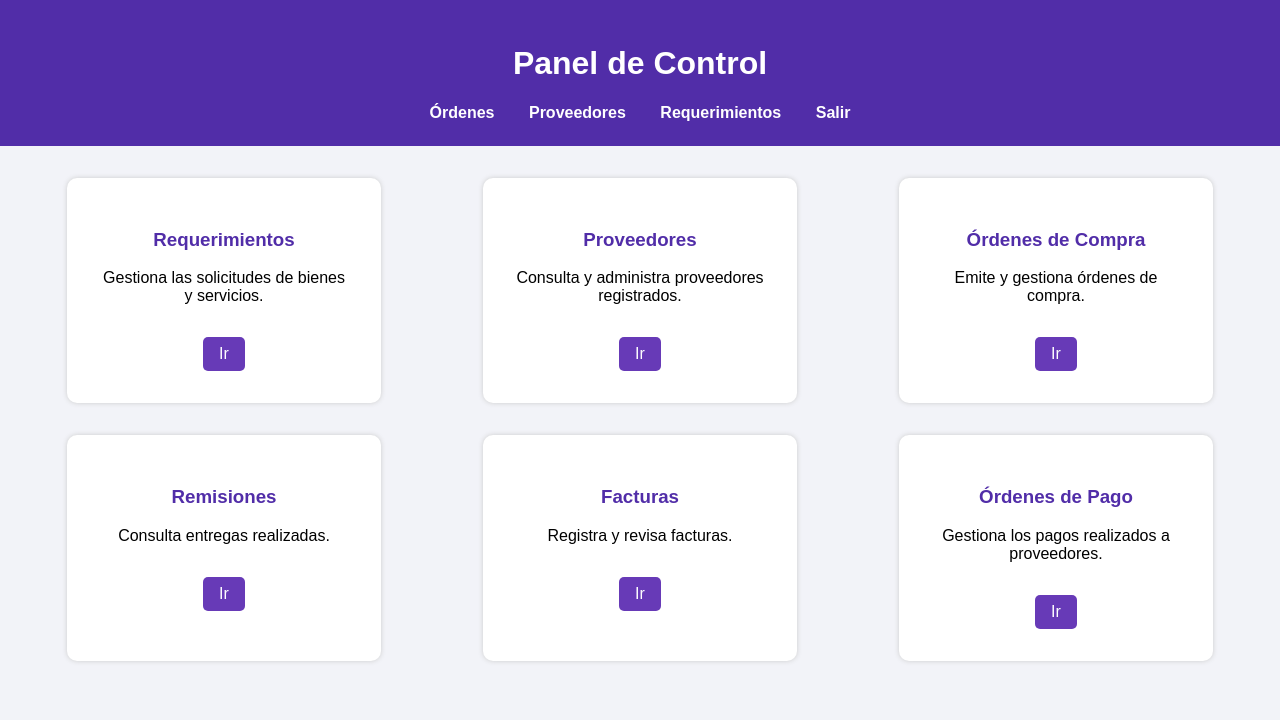
Repository: djkeviin/Mi-primera-chamba
Page: views/dashboard.html
The author's editor kept a copy of each file at every save. The page is drawn from the files as they stood at one save, then again after the next save.
The browser window is 1280 px wide. The pictures show the whole page.

Above is the page before, as saved 2025-05-01 21:57:07.

After the next save:
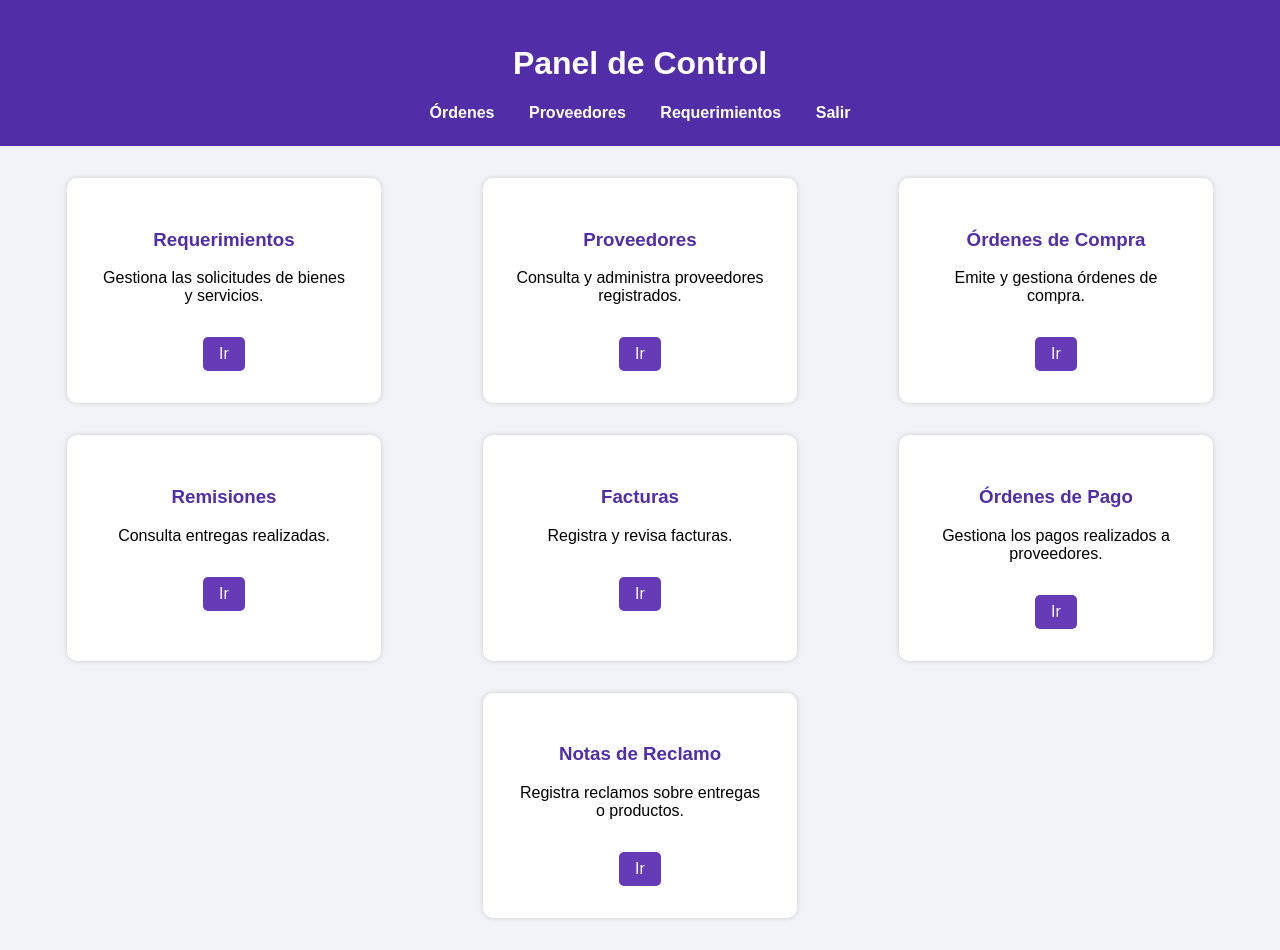
Saved 3 min 16 s later.
--- a/views/dashboard.html
+++ b/views/dashboard.html
@@ -48,6 +48,11 @@
         <p>Gestiona los pagos realizados a proveedores.</p>
         <a href="pagos.html">Ir</a>
       </div>
+      <div class="card">
+        <h3>Notas de Reclamo</h3>
+        <p>Registra reclamos sobre entregas o productos.</p>
+        <a href="notas.html">Ir</a>
+      </div>
     </section>
   </main>
 </body>
